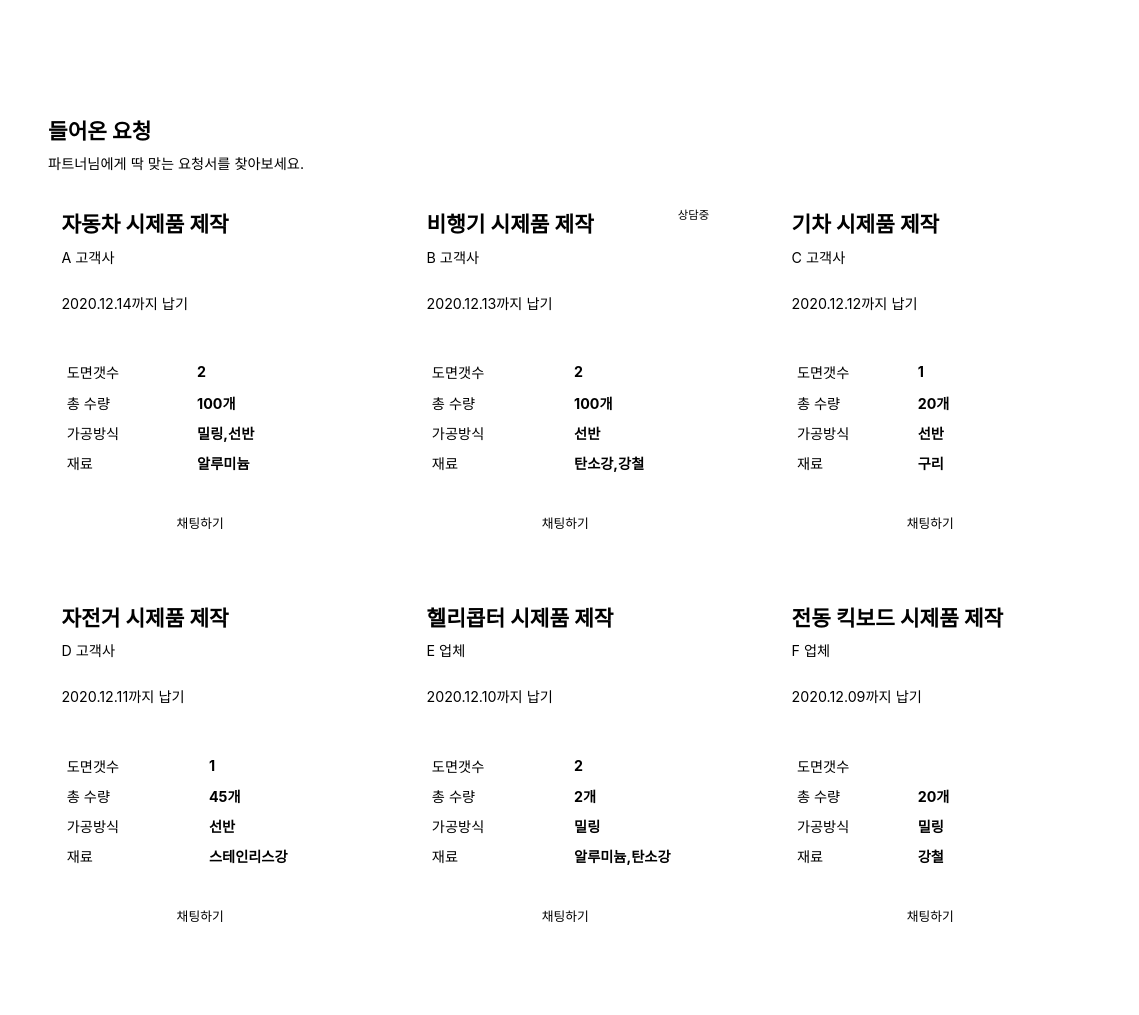
Repository: seoulsaram/capa
Page: /
These files come from the project's save history. The page is drawn as it stood at one moment and after a run of saves; the edit follows.
The browser window is 1280 px wide. The pictures show the whole page, at 89% of full size.
The project was rebuilt for these pictures with package versions that can differ from the ones it lists, and the page was loaded fresh each time. Requests to the local data server were answered from the project's data file. Also part of the build but not shown: src/App.css, src/components/filter/filter.module.css.

Above is the page before, as saved 2021-03-06 02:19:22.

### public/index.html
<!DOCTYPE html>
<html lang="en">
  <head>
    <meta charset="utf-8" />
    <link rel="icon" href="%PUBLIC_URL%/favicon.ico" />
    <meta name="viewport" content="width=device-width, initial-scale=1" />
    <meta name="theme-color" content="#000000" />
    <meta name="description" content="Web site created using create-react-app" />

    <title>React App</title>
  </head>
  <body>
    <noscript>You need to enable JavaScript to run this app.</noscript>
    <div id="root"></div>
  </body>
</html>

### src/index.js
import React from "react";
import ReactDOM from "react-dom";
import "./index.css";
import App from "./app";
import RequestInfo from "./service/request_info";

const requestInfo = new RequestInfo();

ReactDOM.render(
  <React.StrictMode>
    <App requestInfo={requestInfo} />
  </React.StrictMode>,
  document.getElementById("root")
);

### src/App.js
import "./app.css";
import Header from "./components/header/header";
import ItemContainer from "./components/item_container/item_container";
import RequestBox from "./components/request_box/request_box";

function App({ requestInfo }) {
  return (
    <div>
      <Header />
      <ItemContainer requestInfo={requestInfo} />
    </div>
  );
}

export default App;

### src/service/request_info.js
class RequestInfo {
  constructor() {
    this.getrequestOptions = {
      method: "GET",
    };
  }

  async getInfo() {
    const response = await fetch("http://localhost:3002/requests", this.getrequestOptions);
    const res = await response.json();
    return res;
  }
}

export default RequestInfo;

### src/components/header/header.js
import React, { memo } from "react";
import styles from "./header.module.css";

const Header = (props) => (
  <div className={styles.header}>
    <div className={styles.headerLeft}>
      <p>CAPA</p>
      <p>파트너스</p>
    </div>
    <div className={styles.headerRight}>
      <p>A가공업체</p>
      <div className={styles.line}></div>
      <p>로그아웃</p>
    </div>
  </div>
);

export default Header;

### src/components/item_container/item_container.js
import React, { useEffect, useState } from "react";
import Filter from "../filter/filter";
import RequestBox from "../request_box/request_box";
import styles from "./item_container.module.css";

const ItemContainer = ({ requestInfo }) => {
  const [reqInfo, setReqInfo] = useState([]);

  useEffect(() => {
    requestInfo.getInfo().then((info) => setReqInfo(info));
  }, [requestInfo]);

  return (
    <section className={styles.section}>
      <h2 className={styles.title}>들어온 요청</h2>
      <p className={styles.desc}>파트너님에게 딱 맞는 요청서를 찾아보세요.</p>
      <Filter reqInfo={reqInfo} />
      <RequestBox reqInfo={reqInfo} />
    </section>
  );
};

export default ItemContainer;

### src/components/request_box/request_box.jsx
import React from "react";
import styles from "./request_box.module.css";

const RequestBox = ({ reqInfo }) => {
  return (
    <ul className={styles.cards}>
      {reqInfo.map((info) => (
        <div key={info.id} className={styles.card}>
          <div className={styles.top}>
            <div className={styles.titleContainer}>
              <h2>{info.title}</h2>
              {info.status === "상담중" && <div className={styles.status}>{info.status}</div>}
            </div>
            <p className={styles.client}>{info.client}</p>
            <p className={styles.due}>{info.due}까지 납기</p>
          </div>
          <div className={styles.line}></div>
          {/* 테이블 로만들기 */}
          <table className={styles.bottom}>
            <tbody className={styles.order}>
              <tr>
                <td className={styles.orderTitle}>도면갯수</td>
                <td className={styles.orderBold}>{info.count}</td>
              </tr>
              <tr>
                <td className={styles.orderTitle}>총 수량</td>
                <td className={styles.orderBold}>{info.amount}개</td>
              </tr>
              <tr>
                <td className={styles.orderTitle}>가공방식</td>
                <td className={styles.orderBold}>{info.method.join(",")}</td>
              </tr>
              <tr>
                <td className={styles.orderTitle}>재료</td>
                <td className={styles.orderBold}>{info.material.join(",")}</td>
              </tr>
            </tbody>
          </table>
          <div className={styles.btnContainer}>
            <button className={styles.reqBtn}>요청 내역 보기</button>
            <button className={styles.chatBtn}>채팅하기</button>
          </div>
        </div>
      ))}
    </ul>
  );
};

export default RequestBox;

// {
//     "id": 1,
//     "title": "자동차 시제품 제작",
//     "client": "A 고객사",
//     "due": "2020.12.14",
//     "count": 2,
//     "amount": 100,
//     "method": ["밀링", "선반"],
//     "material": ["알루미늄"],
//     "status": "대기중"
//   },

### src/components/header/header.module.css
@value MakeBlue from '../../common/color.css';

.header {
  display: flex;
  justify-content: space-between;
  padding: 5px 20px;
  background-color: MakeBlue;
  color: white;
}

.headerLeft {
  display: flex;
  align-items: center;
}

.headerRight {
  display: flex;
  align-items: center;
}

.line {
  width: 2px;
  height: 50%;
  background-color: white;
  margin: 0px 14px;
}

### src/components/filter/filter.js
import React from "react";
import styles from "./filter.module.css";

const Filter = ({ reqInfo }) => {
  return (
    <section className={styles.section}>
      <div className={styles.filter}></div>
      <div></div>
      <div></div>
      <div></div>
    </section>
  );
};

export default Filter;

### src/components/item_container/item_container.module.css
@value MakeBlue,MakeBlack,MakeLightBlue,MakeGrey,MakeLightGrey,MakeYellow from '../../common/color.css';
.section {
  padding: 54px;
  color: MakeBlack;
}

.title,
.desc {
  margin: 8px 0px;
}

### src/components/request_box/request_box.module.css
@value MakeBlue,MakeBlack,MakeLightBlue,MakeGrey,MakeLightGrey,MakeYellow from '../../common/color.css';

* {
  box-sizing: border-box;
}
.cards {
  display: flex;
  justify-content: space-between;
  flex-wrap: wrap;
}

ul {
  margin: 0;
  padding: 0;
}

.card {
  width: 30%;
  border: 1px solid MakeLightGrey;
  border-radius: 3px;
  padding: 10px 15px;
  margin-bottom: 15px;
}

.card:hover {
  border: 1px solid MakeLightBlue;
}

.titleContainer {
  display: flex;
  align-items: center;
  justify-content: space-between;
}

.titleContainer > h2 {
  margin-bottom: 0px;
}

.client {
  margin: 8px 0px;
}
.due {
  color: MakeGrey;
  margin-top: 28px;
}

.status {
  border: 1px solid MakeYellow;
  border-radius: 45px;
  padding: 4px;
  font-size: 0.8rem;
  color: MakeYellow;
}

.line {
  width: 98%;
  height: 2px;
  margin: auto;
  background-color: MakeLightGrey;
}
.bottom {
  margin-top: 30px;
  margin-bottom: 15px;
}

td {
  width: 25%;
  padding: 4px;
}

.orderBold {
  font-weight: 700;
}

.reqBtn,
.chatBtn {
  margin: 15px 4px;
  padding: 8px 10px;
  background-color: transparent;
  border: none;
  border-radius: 0.2rem;
  outline: none;
  font-size: 0.9rem;
  cursor: pointer;
}

.reqBtn {
  color: white;
  background-color: MakeLightBlue;
}

.chatBtn {
  border: 1px solid MakeLightBlue;
  color: MakeLightBlue;
}

### db.json
{
  "requests": [
    {
      "id": 1,
      "title": "자동차 시제품 제작",
      "client": "A 고객사",
      "due": "2020.12.14",
      "count": 2,
      "amount": 100,
      "method": ["밀링", "선반"],
      "material": ["알루미늄"],
      "status": "대기중"
    },
    {
      "id": 2,
      "title": "비행기 시제품 제작",
      "client": "B 고객사",
      "due": "2020.12.13",
      "count": 2,
      "amount": 100,
      "method": ["선반"],
      "material": ["탄소강", "강철"],
      "status": "상담중"
    },
    {
      "id": 3,
      "title": "기차 시제품 제작",
      "client": "C 고객사",
      "due": "2020.12.12",
      "count": 1,
      "amount": 20,
      "method": ["선반"],
      "material": ["구리"],
      "status": "대기중"
    },
    {
      "id": 4,
      "title": "자전거 시제품 제작",
      "client": "D 고객사",
      "due": "2020.12.11",
      "count": 1,
      "amount": 45,
      "method": ["선반"],
      "material": ["스테인리스강"],
      "status": "대기중"
    },
    {
      "id": 5,
      "title": "헬리콥터 시제품 제작",
      "client": "E 업체",
      "due": "2020.12.10",
      "count": 2,
      "amount": 2,
      "method": ["밀링"],
      "material": ["알루미늄", "탄소강"],
      "status": "대기중"
    },
    {
      "id": 6,
      "title": "전동 킥보드 시제품 제작",
      "client": "F 업체",
      "due": "2020.12.09",
      "docs": 1,
      "amount": 20,
      "method": ["밀링"],
      "material": ["강철"],
      "status": "대기중"
    }
  ]
}

Loaded but not shown: src/index.css (common file)

After the next 2 saves:
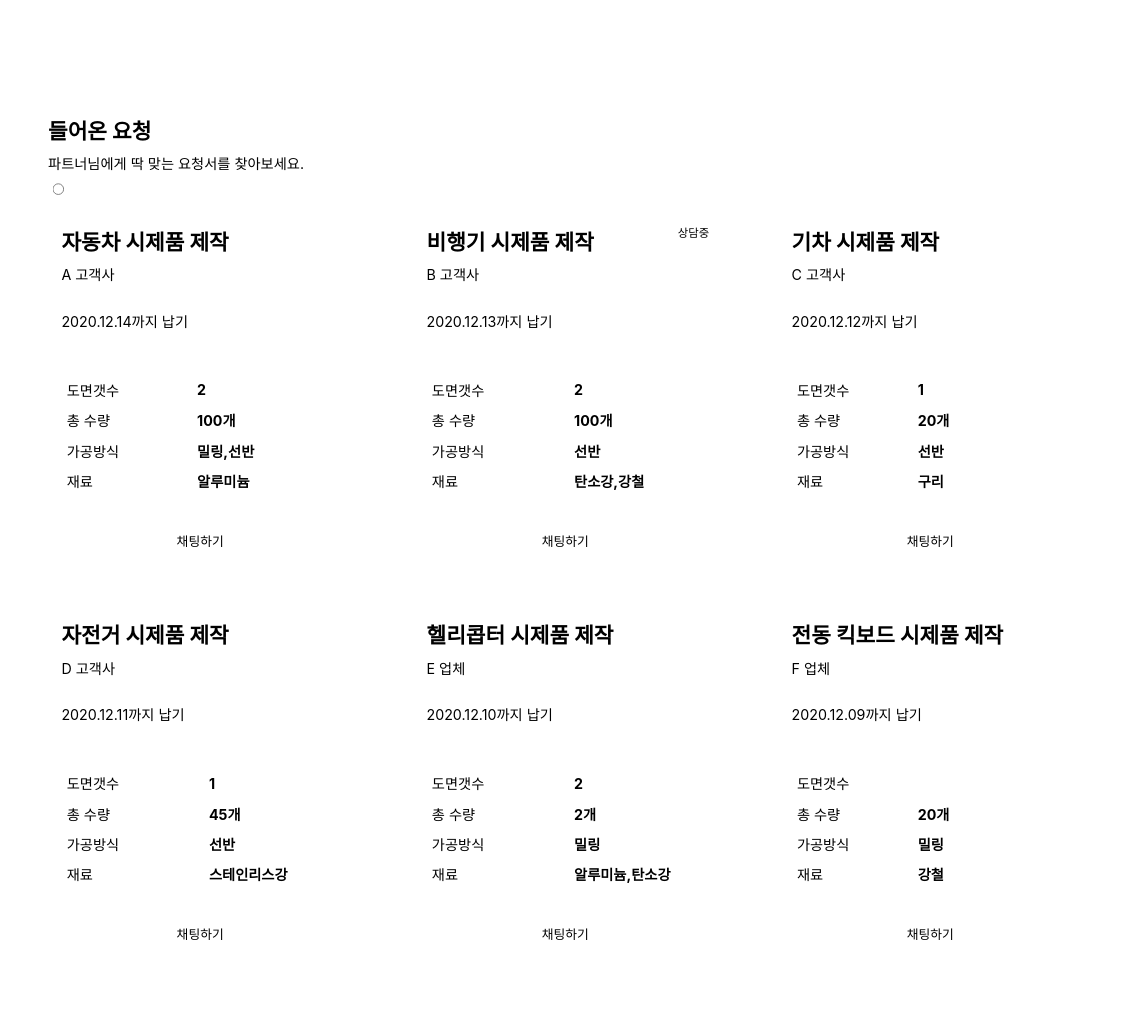
The 2 saves are shown as one change because 1 did not build or start.
The last was saved 6 min 40 s later.
--- a/src/components/filter/filter.js
+++ b/src/components/filter/filter.js
@@ -4,8 +4,14 @@ import styles from "./filter.module.css";
 const Filter = ({ reqInfo }) => {
   return (
     <section className={styles.section}>
+      {/* 가공방식 */}
+      <div className={styles.filter}>
+        <div>
+          <input type="radio" value={reqInfo.method} />
+        </div>
+      </div>
+      {/* 재료 */}
       <div className={styles.filter}></div>
-      <div></div>
       <div></div>
       <div></div>
     </section>
@@ -13,3 +19,16 @@ const Filter = ({ reqInfo }) => {
 };
 
 export default Filter;
+
+// "requests": [
+//     {
+//       "id": 1,
+//       "title": "자동차 시제품 제작",
+//       "client": "A 고객사",
+//       "due": "2020.12.14",
+//       "count": 2,
+//       "amount": 100,
+//       "method": ["밀링", "선반"],
+//       "material": ["알루미늄"],
+//       "status": "대기중"
+//     },
